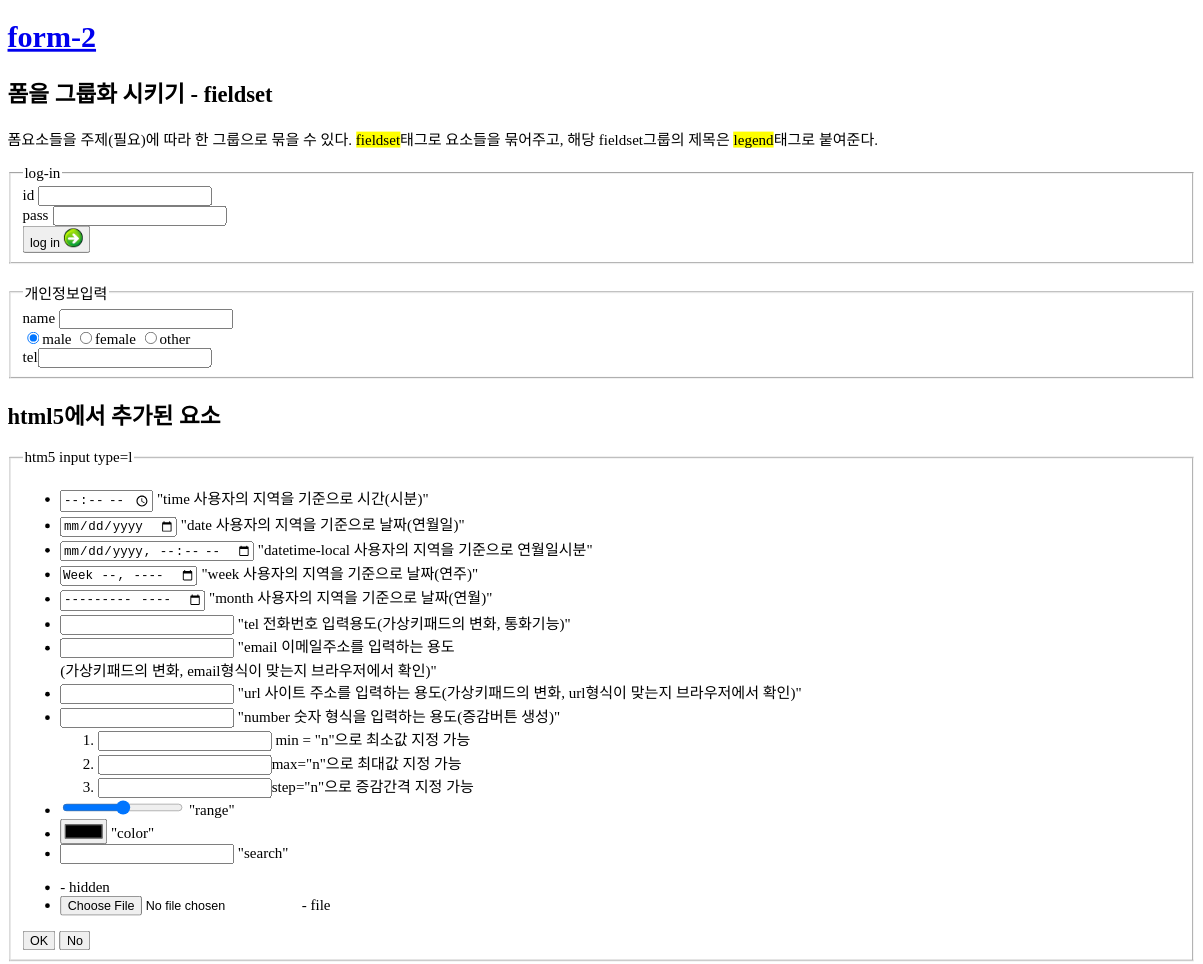
Repository: ReadStar/Web
Page: Html/html5/WebContent/form-2.html
An editor plug-in stored every save of this project. The page is shown before and after the next save, followed by the edit.
The browser window is 1280 px wide. The pictures show the whole page, at 94% of full size.

Above is the page before, as saved 2020-08-13 07:35:19.

### Html/html5/WebContent/form-2.html
<!DOCTYPE html>
<html>
<head>
<meta charset="UTF-8">
<title>Insert title here</title>
</head>
<body>
<h1><a href="form-1.html">form-2</a></h1>
<h2>폼을 그룹화 시키기 - fieldset</h2>
<p>
폼요소들을 주제(필요)에 따라 한 그룹으로 묶을 수 있다.
<mark>fieldset</mark>태그로 요소들을 묶어주고,
해당 fieldset그룹의 제목은 <mark>legend</mark>태그로 붙여준다.
</p>
<form action="test,jsp" method="post">
<fieldset>
	<legend>log-in</legend>
	<label>id <input type="text" maxlength="12"></label><br>
	<label>pass <input type="text" maxlength="12"></label><br>
	<button>log in <img alt="alt" src="img.gif" width="20"></button>
</fieldset>
</form>
<br>
<form>
<fieldset>
<legend>개인정보입력</legend>
<label>name <input type="text"></label><br>
<label><input type="radio" name="gender" checked="checked">male</label>
<label><input type="radio" name="gender">female</label>
<label><input type="radio" name="gender">other</label><br>
<label>tel<input type="tel"></label>
</fieldset>


<h2>html5에서 추가된 요소</h2>
<fieldset>
<legend>htm5 input type=l</legend>
<ul>
<li><input type="time"> "time 사용자의 지역을 기준으로 시간(시분)" </li>
<li><input type="date"> "date 사용자의 지역을 기준으로 날짜(연월일)" </li>
<li><input type="datetime-local"> "datetime-local 사용자의 지역을 기준으로 연월일시분" </li>
<li><input type="week"> "week 사용자의 지역을 기준으로 날짜(연주)" </li>
<li><input type="month"> "month 사용자의 지역을 기준으로 날짜(연월)" </li>
<li><input type="tel"> "tel 전화번호 입력용도(가상키패드의 변화, 통화기능)" </li>
<li><input type="email"> "email 이메일주소를 입력하는 용도<br>
											(가상키패드의 변화, email형식이 맞는지 브라우저에서 확인)" </li>
<li><input type="url"> "url 사이트 주소를 입력하는 용도(가상키패드의 변화, url형식이 맞는지 브라우저에서 확인)" </li>
<li><input type="number"> "number 숫자 형식을 입력하는 용도(증감버튼 생성)"
		<ol>
		<li><input type="number" min="0"> min = "n"으로 최소값 지정 가능</li>
		<li><input type="number" max="100">max="n"으로 최대값 지정 가능</li>
		<li><input type="number" step="5">step="n"으로 증감간격 지정 가능</li>
		</ol>
</li>
<li><input type="range"> "range" </li>
<li><input type="color"> "color" </li>
<li><input type="search"> "search" </li>
</ul>
<ul>
<li><input type="hidden"> - hidden</li>
<li><input type="file"> - file</li>
</ul>
<input type="submit" value="OK"> <input type="reset" value = "No">
</fieldset>

</form>
</body>
</html>

After the next save:
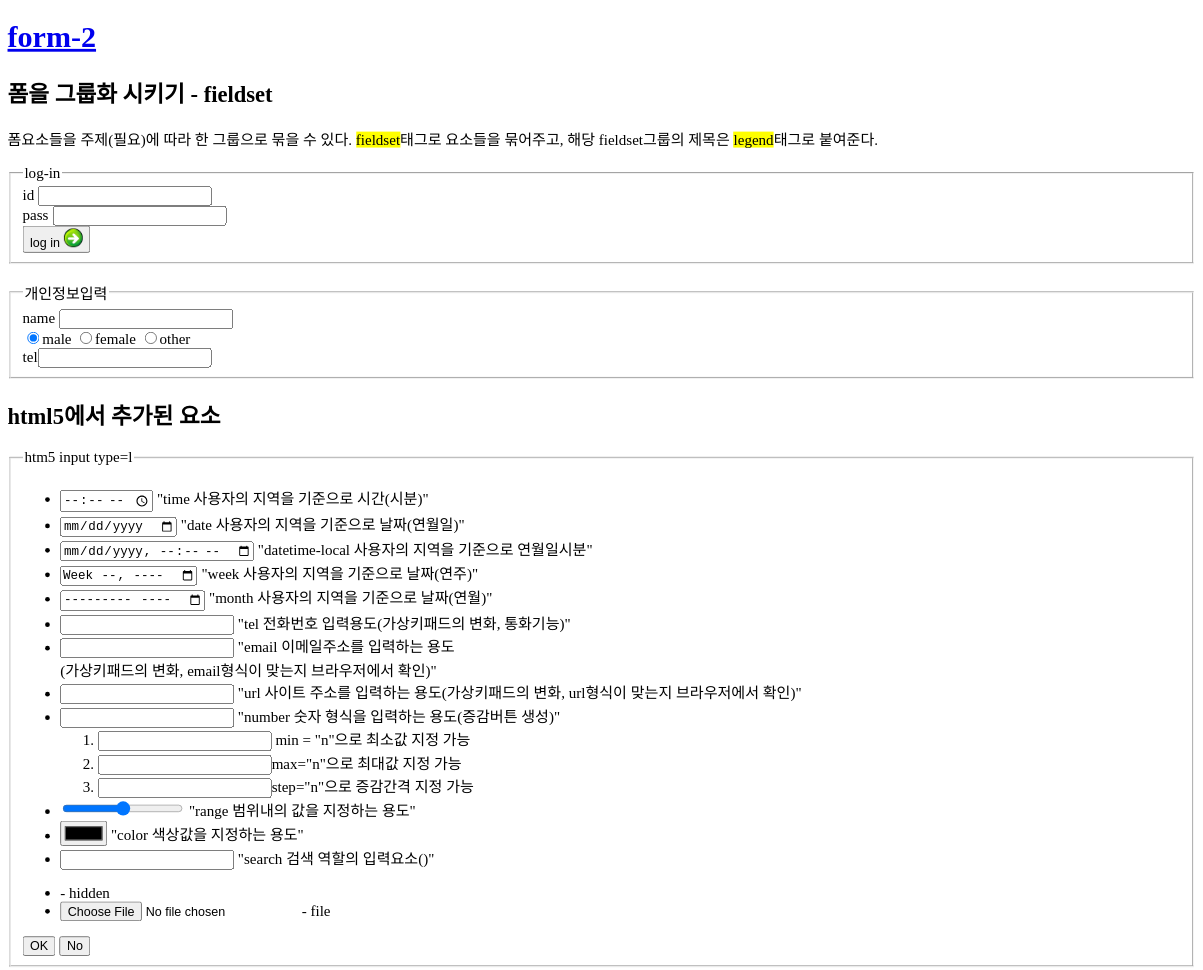
Saved 4 min 49 s later.
--- a/Html/html5/WebContent/form-2.html
+++ b/Html/html5/WebContent/form-2.html
@@ -52,9 +52,9 @@
 		<li><input type="number" step="5">step="n"으로 증감간격 지정 가능</li>
 		</ol>
 </li>
-<li><input type="range"> "range" </li>
-<li><input type="color"> "color" </li>
-<li><input type="search"> "search" </li>
+<li><input type="range"> "range 범위내의 값을 지정하는 용도" </li>
+<li><input type="color"> "color 색상값을 지정하는 용도" </li>
+<li><input type="search"> "search 검색 역할의 입력요소()" </li>
 </ul>
 <ul>
 <li><input type="hidden"> - hidden</li>
